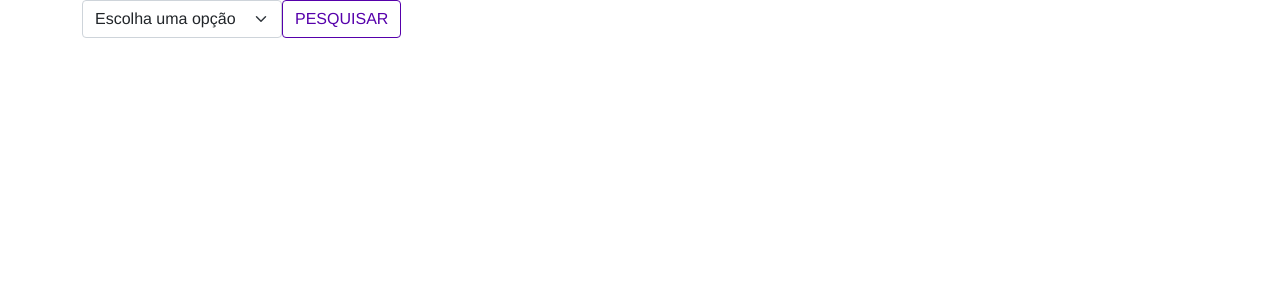
Repository: LuismGil/Countries-list
Page: /about
An editor plug-in stored every save of this project. The page is shown before and after a run of saves, followed by the edit.
The browser window is 1280 px wide. The pictures show the whole page.
The project was rebuilt for these pictures with package versions that can differ from the ones it lists, and the page was loaded fresh each time.

Above is the page before, as saved 2021-05-22 21:35:21.

After the next 2 saves:
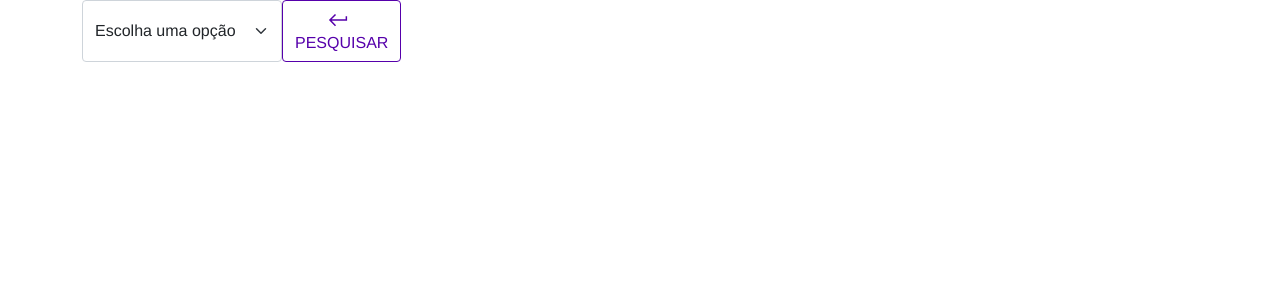
The 2 saves are shown as one change because they came seconds apart.
The last was saved 3 min 3 s later.
--- a/src/components/MvButton.vue
+++ b/src/components/MvButton.vue
@@ -1,16 +1,17 @@
 <template>
   <div>
     <button type="button" class="btn btn-outline btn-color">
+      <mv-arrow-icon class="me-2" />
       <slot></slot>
       </button>
   </div>
 </template>
 
 <script>
-// import MvArrowIcon from './MvArrowIcon.vue';
+import MvArrowIcon from './MvArrowIcon.vue';
 
 export default {
-  // components: { MvArrowIcon },
+  components: { MvArrowIcon },
 
 };
 </script>

After the save that followed:
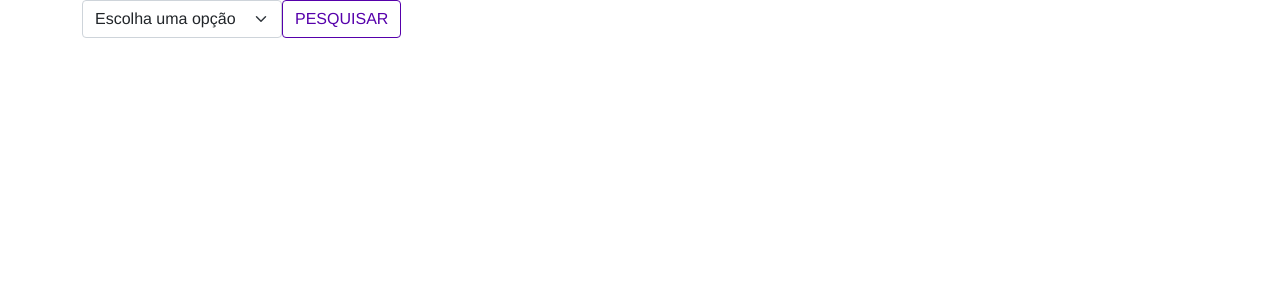
Saved 39 s later.
--- a/src/components/MvButton.vue
+++ b/src/components/MvButton.vue
@@ -1,17 +1,14 @@
 <template>
   <div>
     <button type="button" class="btn btn-outline btn-color">
-      <mv-arrow-icon class="me-2" />
       <slot></slot>
       </button>
   </div>
 </template>
 
 <script>
-import MvArrowIcon from './MvArrowIcon.vue';
 
 export default {
-  components: { MvArrowIcon },
 
 };
 </script>
